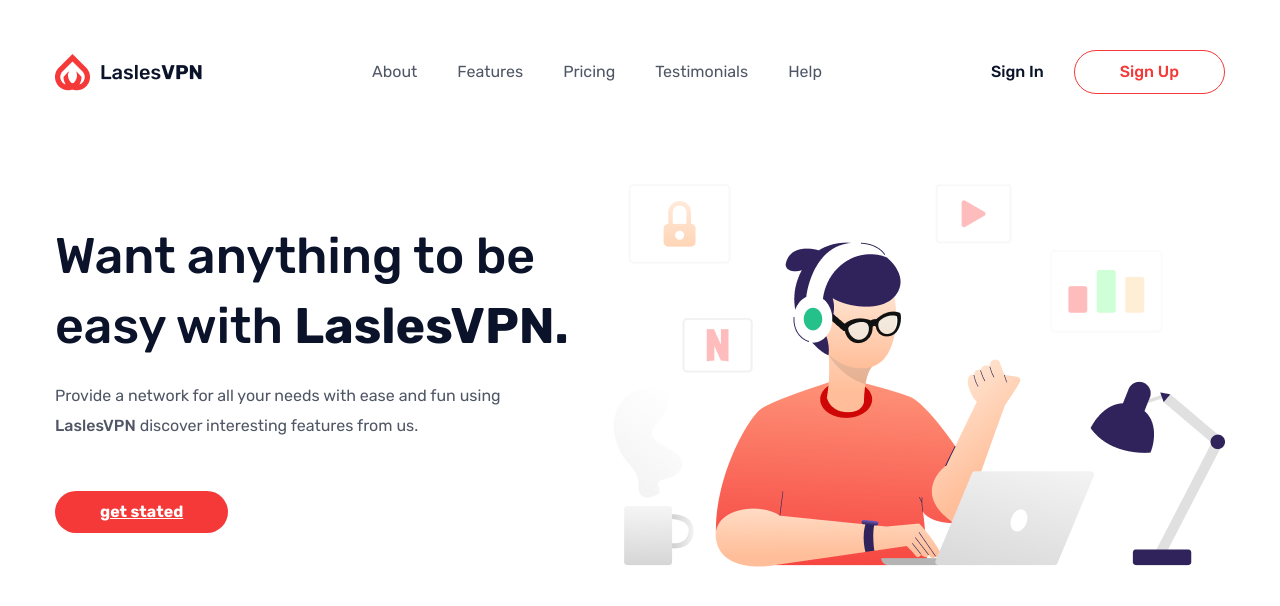
Repository: longvuht/lasles-VPN-vu
Page: index.html
These files come from the project's save history. The page is drawn as it stood at one moment and after the next save; the edit follows.
The browser window is 1280 px wide. The pictures show the whole page.
The style sheet was rebuilt from its Sass, Less or Tailwind sources for each picture, by a compiler version that may differ from the author's.

Above is the page before, as saved 2022-09-10 16:31:37.

After the next save:
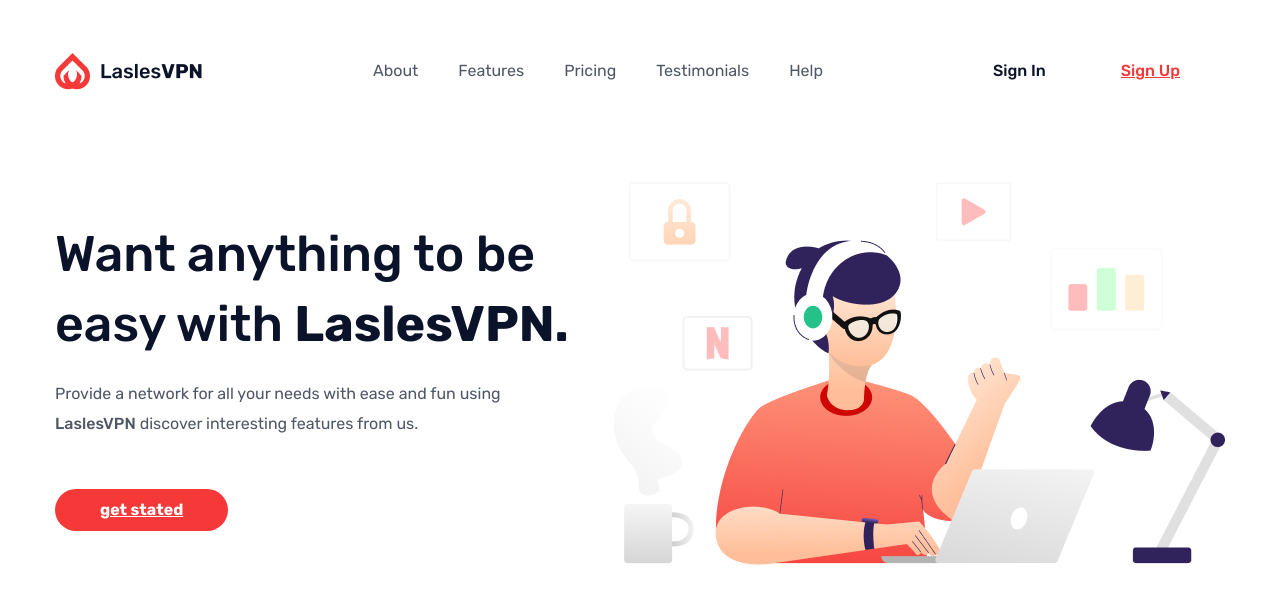
Saved 51 s later.
--- a/index.html
+++ b/index.html
@@ -41,7 +41,7 @@
             </ul>
             <div class="header-auth">
               <a href="#none" class="header-signin">sign in</a>
-              <a href="#none" class="header-signup">sign up</a>
+              <a href="#none" class="button button--outline">sign up</a>
             </div>
           </div>
         </div>
